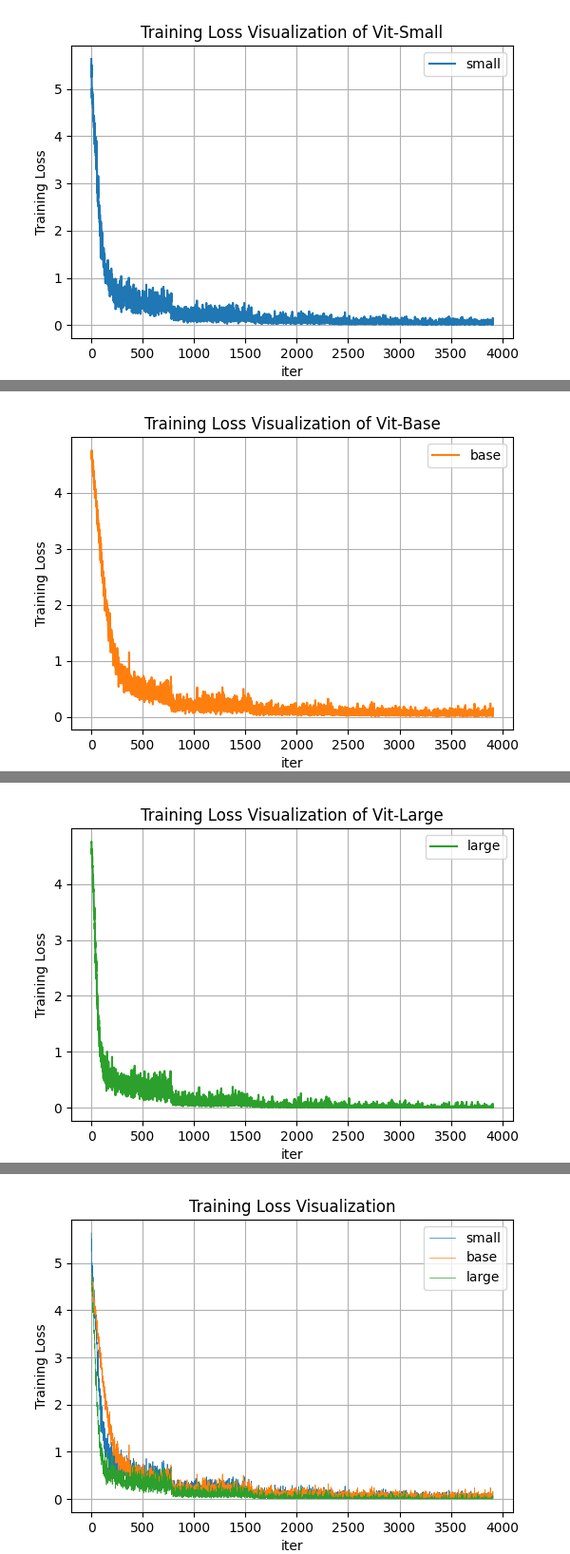
Repository: ginnux/vit
Script's output: python report/curve.py
An editor plug-in stored every save of this project. The script's output is shown before and after the next save, followed by the edit.
The pictures are shown at 95% of full size.
Each picture stacks the figures in order, with grey between them; figures that are only written to a file come last. Random numbers start from a fixed seed.

Above is the script's output before, as saved 2024-06-24 15:30:34.

After the next save:
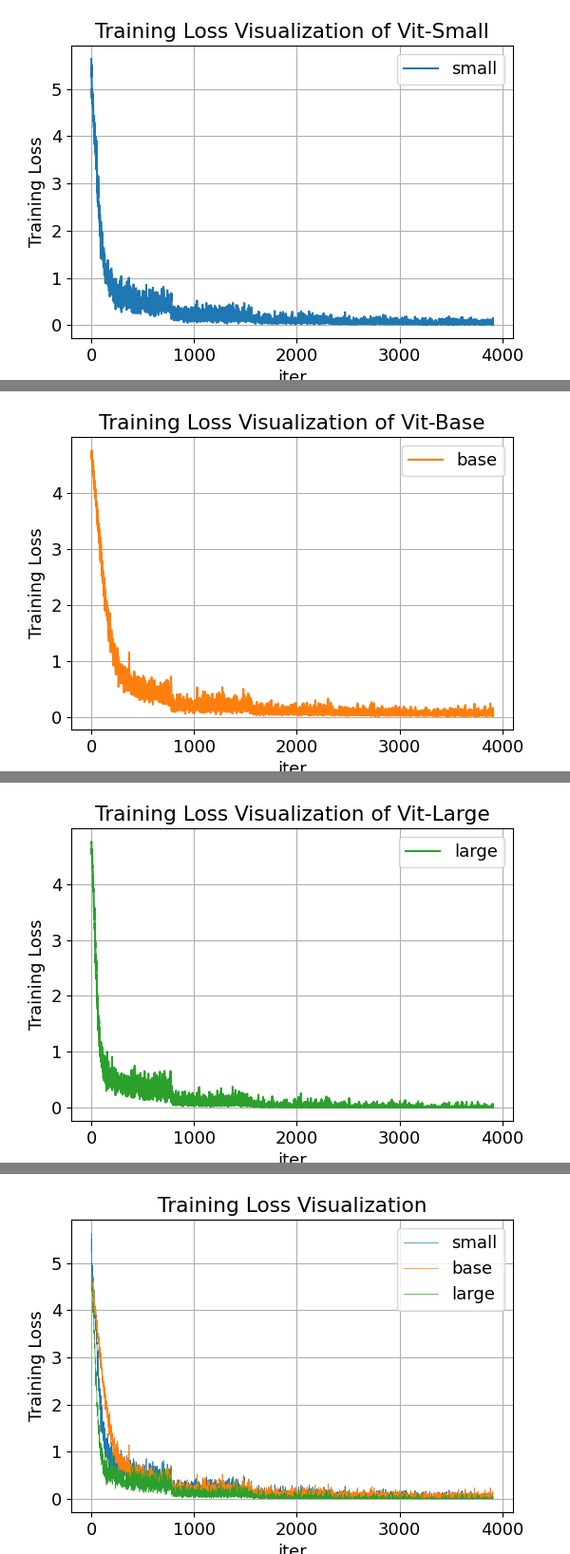
Saved 29 s later.
--- a/report/curve.py
+++ b/report/curve.py
@@ -3,15 +3,19 @@
 import numpy as np
 import os
 
+# 修改全局配置
+plt.rcParams["font.family"] = "Times New Roman"
+plt.rcParams["font.size"] = 13
+
 small_path = "loss_log/loss_2024-06-23-22-48-30.json"
 base_path = "loss_log/loss_2024-06-23-22-39-45.json"
 large_path = "loss_log/loss_2024-06-23-22-21-51.json"
 
-with open(small_path,"r") as f:
+with open(small_path, "r") as f:
     small_loss_list = json.load(f)
-with open(base_path,"r") as f:
+with open(base_path, "r") as f:
     base_loss_list = json.load(f)
-with open(large_path,"r") as f:
+with open(large_path, "r") as f:
     large_loss_list = json.load(f)
 
 small_loss = np.array(small_loss_list)
@@ -22,7 +26,7 @@
     os.mkdir("figure")
 
 # 单图
-plt.figure(figsize = (6,4))
+plt.figure(figsize=(6, 4))
 plt.title("Training Loss Visualization of Vit-Small")
 plt.xlabel("iter")
 plt.ylabel("Training Loss")
@@ -31,7 +35,7 @@
 plt.legend(["small"])
 plt.savefig("figure/train_loss_small.pdf")
 
-plt.figure(figsize = (6,4))
+plt.figure(figsize=(6, 4))
 plt.title("Training Loss Visualization of Vit-Base")
 plt.xlabel("iter")
 plt.ylabel("Training Loss")
@@ -40,7 +44,7 @@
 plt.legend(["base"])
 plt.savefig("figure/train_loss_base.pdf")
 
-plt.figure(figsize = (6,4))
+plt.figure(figsize=(6, 4))
 plt.title("Training Loss Visualization of Vit-Large")
 plt.xlabel("iter")
 plt.ylabel("Training Loss")
@@ -50,7 +54,7 @@
 plt.savefig("figure/train_loss_large.pdf")
 
 # 对比
-plt.figure(figsize = (6,4))
+plt.figure(figsize=(6, 4))
 plt.title("Training Loss Visualization")
 plt.xlabel("iter")
 plt.ylabel("Training Loss")
@@ -58,5 +62,5 @@
 plt.plot(base_loss, linewidth=0.5)
 plt.plot(large_loss, linewidth=0.5)
 plt.grid(True)
-plt.legend(["small","base","large"])
+plt.legend(["small", "base", "large"])
 plt.savefig("figure/train_loss.pdf")

After the save that followed:
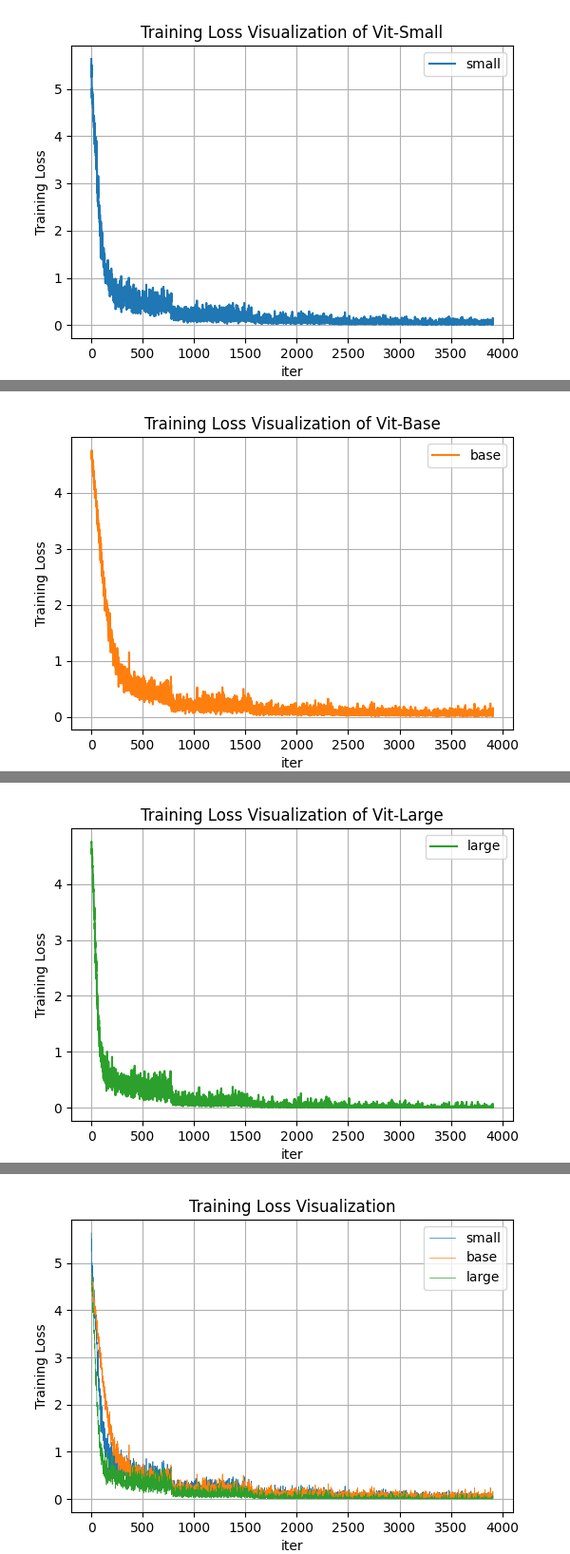
Saved 2 min 33 s later.
--- a/report/curve.py
+++ b/report/curve.py
@@ -3,9 +3,11 @@
 import numpy as np
 import os
 
-# 修改全局配置
+"""
+# 非linux下使用调整字体
 plt.rcParams["font.family"] = "Times New Roman"
 plt.rcParams["font.size"] = 13
+"""
 
 small_path = "loss_log/loss_2024-06-23-22-48-30.json"
 base_path = "loss_log/loss_2024-06-23-22-39-45.json"
